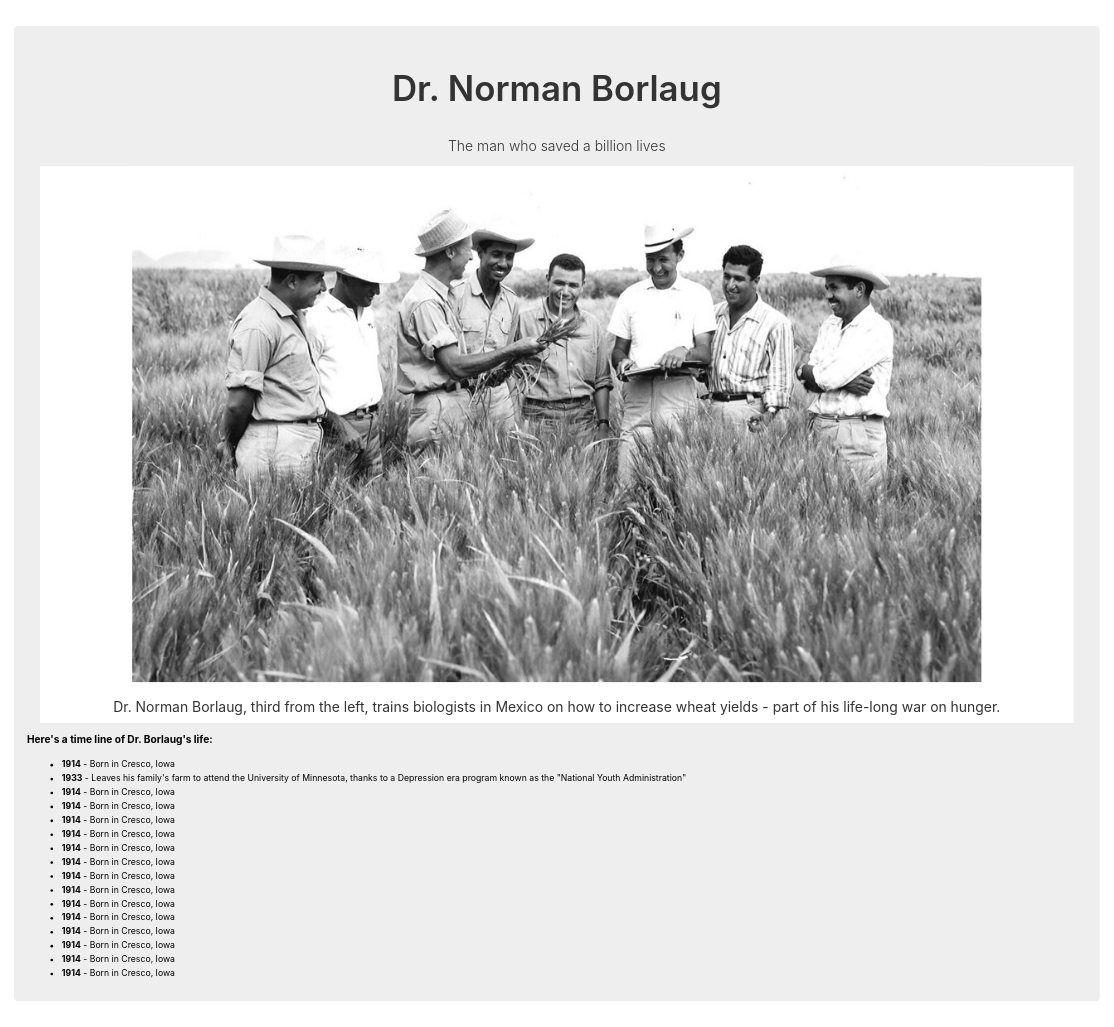
Repository: HTDuy01/github-demo
Page: freecodecamp/index.html
The author's editor kept a copy of each file at every save. The page is drawn from the files as they stood at one save, then again after the next save.
The browser window is 1280 px wide. The pictures show the whole page, at 87% of full size.

Above is the page before, as saved 2021-11-17 20:34:53.

### freecodecamp/index.html
<!DOCTYPE html>
<html lang="en">
<head>
    <meta charset="UTF-8">
    <meta http-equiv="X-UA-Compatible" content="IE=edge">
    <meta name="viewport" content="width=device-width, initial-scale=1.0">
    <title>Document</title>
    <link rel="stylesheet" href="/assets/css/style.css">
    <link rel="stylesheet" href="/assets/css/base.css">
</head>
<body>
    <div class="main">
        <header id="title">
            <h1 class="heading">Dr. Norman Borlaug</h1>
            <p class="sub-heading">The man who saved a billion lives</p>
        </header>

        <div id="img-div">
            <img src="/assets/img/tribute-page-main-image.jpg" alt="" class="img">
            <p class="content-img">Dr. Norman Borlaug, third from the left, trains biologists in Mexico on how to increase wheat yields - part of his life-long war on hunger.</p>
        </div>

        <div class="content">
            <h3 class="content-heading">Here's a time line of Dr. Borlaug's life:</h3>
            <ul class="content-list">
                <li class="content-item">
                    <strong>1914</strong>
                     - Born in Cresco, Iowa
                </li>
                <li class="content-item">
                    <strong>1933</strong>
                      - Leaves his family's farm to attend the University of Minnesota, thanks to a Depression era program known as the "National Youth Administration"
                </li>
                <li class="content-item">
                    <strong>1914</strong>
                     - Born in Cresco, Iowa
                </li>
                <li class="content-item">
                    <strong>1914</strong>
                     - Born in Cresco, Iowa
                </li>
                <li class="content-item">
                    <strong>1914</strong>
                     - Born in Cresco, Iowa
                </li>
                <li class="content-item">
                    <strong>1914</strong>
                     - Born in Cresco, Iowa
                </li>
                <li class="content-item">
                    <strong>1914</strong>
                     - Born in Cresco, Iowa
                </li>
                <li class="content-item">
                    <strong>1914</strong>
                     - Born in Cresco, Iowa
                </li>
                <li class="content-item">
                    <strong>1914</strong>
                     - Born in Cresco, Iowa
                </li>
                <li class="content-item">
                    <strong>1914</strong>
                     - Born in Cresco, Iowa
                </li>
                <li class="content-item">
                    <strong>1914</strong>
                     - Born in Cresco, Iowa
                </li>
                <li class="content-item">
                    <strong>1914</strong>
                     - Born in Cresco, Iowa
                </li>
                <li class="content-item">
                    <strong>1914</strong>
                     - Born in Cresco, Iowa
                </li>
                <li class="content-item">
                    <strong>1914</strong>
                     - Born in Cresco, Iowa
                </li>
                <li class="content-item">
                    <strong>1914</strong>
                     - Born in Cresco, Iowa
                </li>
                <li class="content-item">
                    <strong>1914</strong>
                     - Born in Cresco, Iowa
                </li>

            </ul>
        </div>

        <footer class="footer">

        </footer>
    </div>
</body>
</html>

### freecodecamp/assets/css/style.css
.main {
    background-color: #eee;
    margin: 30px 8px;
    padding: 15px;
    border-radius: 5px;
}

/* header */
#title {
    text-align: center;
}

.heading {
    color: var(--color-header);
    font-size: 4rem;
    font-weight: 600;
    margin-top: 27px;
    line-height: 60px;
}

.sub-heading {
    font-size: 1.6rem;
    color: var(--color-header);
    font-weight: 300;
}

/* Bener */
#img-div {
    height: 640px;
    background-color: #fff;
    margin: 0 15px;
    text-align: center;
}

.img {
    width: 976px;
    height: 593px;
}

.content-img {
    font-size: 1.6rem;
    color: var(--color-header);
    font-weight: 400;
}

### freecodecamp/assets/css/base.css

* {
    box-sizing: inherit;
}

html {
    font-size: 62.5%;
    line-height: 1.6rem;
    font-family: -apple-system, BlinkMacSystemFont, 'Segoe UI', 'Roboto', 'Helvetica Neue', Arial, sans-serif;
    box-sizing: border-box;
}

:root {
    --color-header:#333;
}

After the next save:
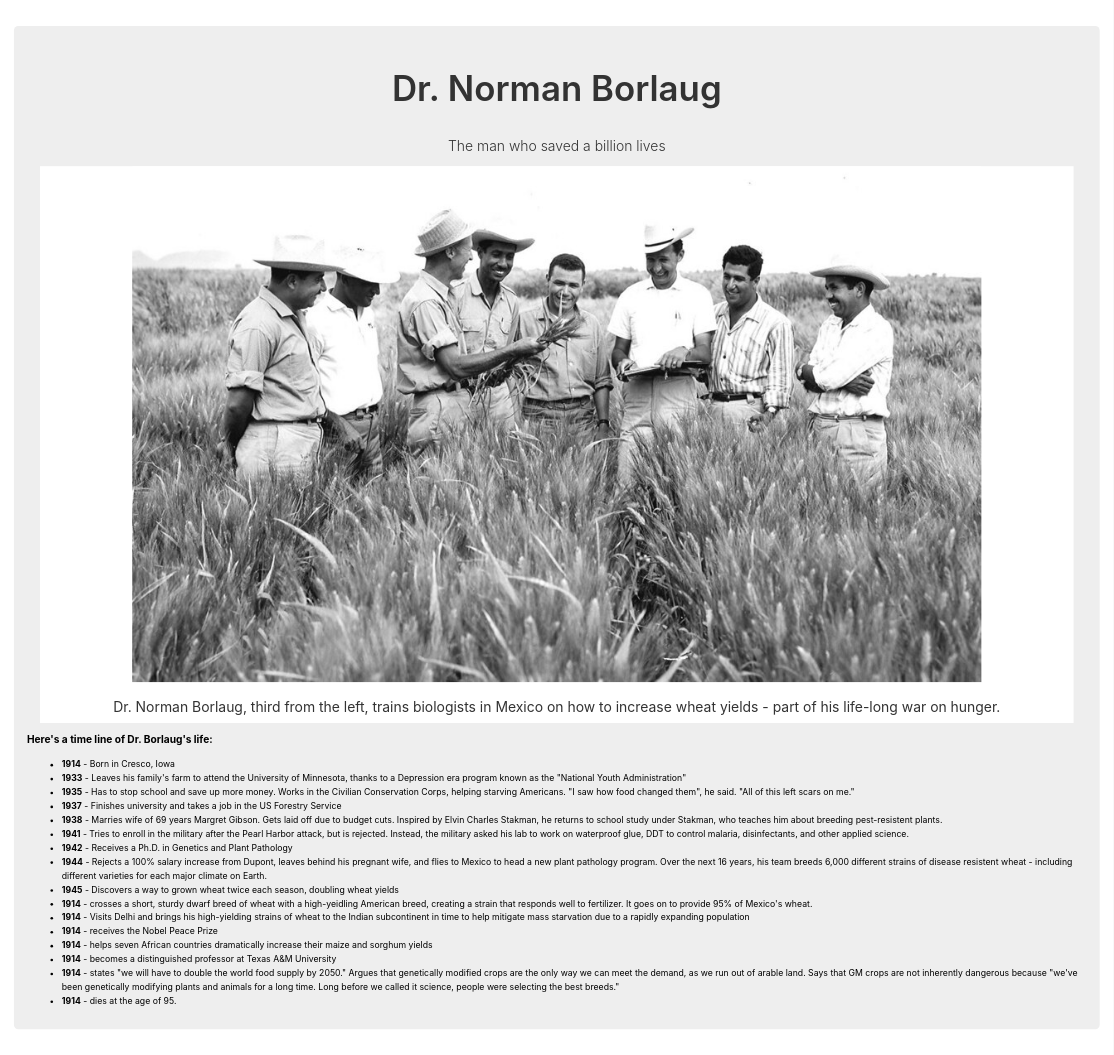
Saved 4 min 3 s later.
--- a/freecodecamp/index.html
+++ b/freecodecamp/index.html
@@ -32,60 +32,60 @@
                       - Leaves his family's farm to attend the University of Minnesota, thanks to a Depression era program known as the "National Youth Administration"
                 </li>
                 <li class="content-item">
-                    <strong>1914</strong>
-                     - Born in Cresco, Iowa
+                    <strong>1935</strong>
+                     - Has to stop school and save up more money. Works in the Civilian Conservation Corps, helping starving Americans. "I saw how food changed them", he said. "All of this left scars on me."
+                </li>
+                <li class="content-item">
+                    <strong>1937</strong>
+                     - Finishes university and takes a job in the US Forestry Service
+                </li>
+                <li class="content-item">
+                    <strong>1938</strong>
+                     - Marries wife of 69 years Margret Gibson. Gets laid off due to budget cuts. Inspired by Elvin Charles Stakman, he returns to school study under Stakman, who teaches him about breeding pest-resistent plants.
+                </li>
+                <li class="content-item">
+                    <strong>1941</strong>
+                      - Tries to enroll in the military after the Pearl Harbor attack, but is rejected. Instead, the military asked his lab to work on waterproof glue, DDT to control malaria, disinfectants, and other applied science.
+                </li>
+                <li class="content-item">
+                    <strong>1942</strong>
+                       - Receives a Ph.D. in Genetics and Plant Pathology
+                </li>
+                <li class="content-item">
+                    <strong>1944</strong>
+                    - Rejects a 100% salary increase from Dupont, leaves behind his pregnant wife, and flies to Mexico to head a new plant pathology program. Over the next 16 years, his team breeds 6,000 different strains of disease resistent wheat - including different varieties for each major climate on Earth.
+                </li>
+                <li class="content-item">
+                    <strong>1945</strong>
+                     - Discovers a way to grown wheat twice each season, doubling wheat yields
                 </li>
                 <li class="content-item">
                     <strong>1914</strong>
-                     - Born in Cresco, Iowa
+                      - crosses a short, sturdy dwarf breed of wheat with a high-yeidling American breed, creating a strain that responds well to fertilizer. It goes on to provide 95% of Mexico's wheat.
                 </li>
                 <li class="content-item">
                     <strong>1914</strong>
-                     - Born in Cresco, Iowa
+                     - Visits Delhi and brings his high-yielding strains of wheat to the Indian subcontinent in time to help mitigate mass starvation due to a rapidly expanding population
                 </li>
                 <li class="content-item">
                     <strong>1914</strong>
-                     - Born in Cresco, Iowa
+                     - receives the Nobel Peace Prize
                 </li>
                 <li class="content-item">
                     <strong>1914</strong>
-                     - Born in Cresco, Iowa
+                      - helps seven African countries dramatically increase their maize and sorghum yields
                 </li>
                 <li class="content-item">
                     <strong>1914</strong>
-                     - Born in Cresco, Iowa
+                     - becomes a distinguished professor at Texas A&M University
                 </li>
                 <li class="content-item">
                     <strong>1914</strong>
-                     - Born in Cresco, Iowa
+                     - states "we will have to double the world food supply by 2050." Argues that genetically modified crops are the only way we can meet the demand, as we run out of arable land. Says that GM crops are not inherently dangerous because "we've been genetically modifying plants and animals for a long time. Long before we called it science, people were selecting the best breeds."
                 </li>
                 <li class="content-item">
                     <strong>1914</strong>
-                     - Born in Cresco, Iowa
-                </li>
-                <li class="content-item">
-                    <strong>1914</strong>
-                     - Born in Cresco, Iowa
-                </li>
-                <li class="content-item">
-                    <strong>1914</strong>
-                     - Born in Cresco, Iowa
-                </li>
-                <li class="content-item">
-                    <strong>1914</strong>
-                     - Born in Cresco, Iowa
-                </li>
-                <li class="content-item">
-                    <strong>1914</strong>
-                     - Born in Cresco, Iowa
-                </li>
-                <li class="content-item">
-                    <strong>1914</strong>
-                     - Born in Cresco, Iowa
-                </li>
-                <li class="content-item">
-                    <strong>1914</strong>
-                     - Born in Cresco, Iowa
+                      - dies at the age of 95.
                 </li>
 
             </ul>
